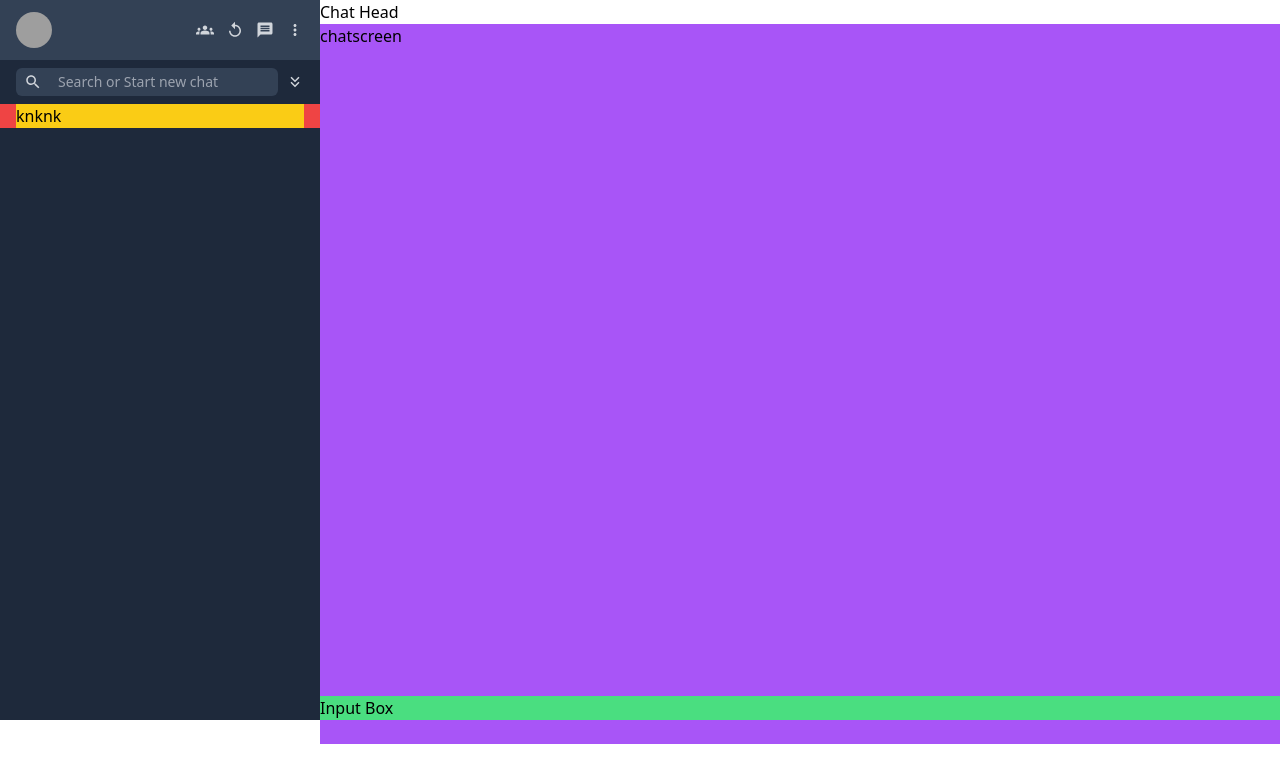
Repository: theanmol-raj/whatsapp
Page: /
An editor plug-in stored every save of this project. The page is shown before and after the next save, followed by the edit.
The browser window is 1280 px wide. The pictures show the whole page.
Pictures or frames that could not be fetched are drawn as grey boxes. The project was rebuilt for these pictures with package versions that can differ from the ones it lists, and the page was loaded fresh each time.

Above is the page before, as saved 2022-12-03 22:00:39.

After the next save:
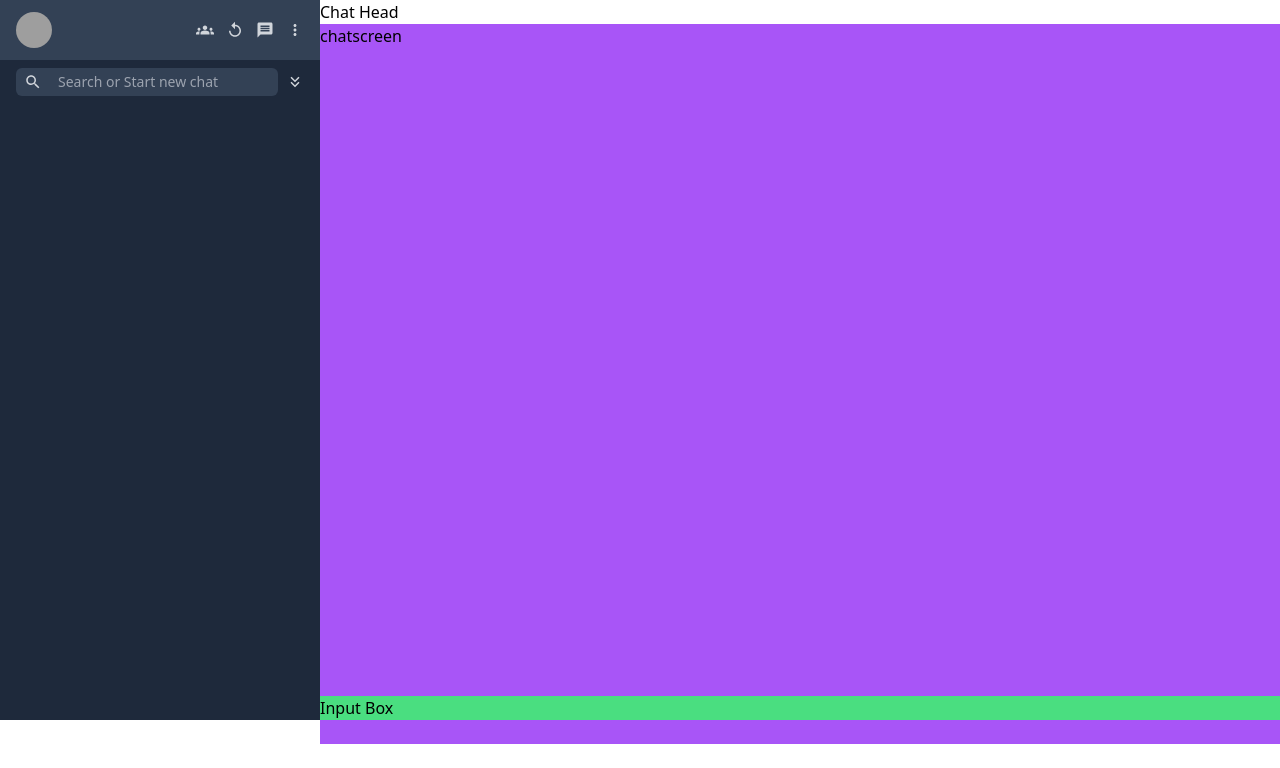
Saved 2 min 32 s later.
--- a/src/Components/ContactCard.jsx
+++ b/src/Components/ContactCard.jsx
@@ -4,7 +4,18 @@
   return (
     <div className=' bg-red-500'>
         <div className=' bg-yellow-400 mx-4'>
-    knknk
+            <div>
+                <div>
+
+                </div>
+                <div>
+
+
+                </div>
+            </div>
+            <div>
+
+            </div>
         </div>
     </div>
   )

After the save that followed:
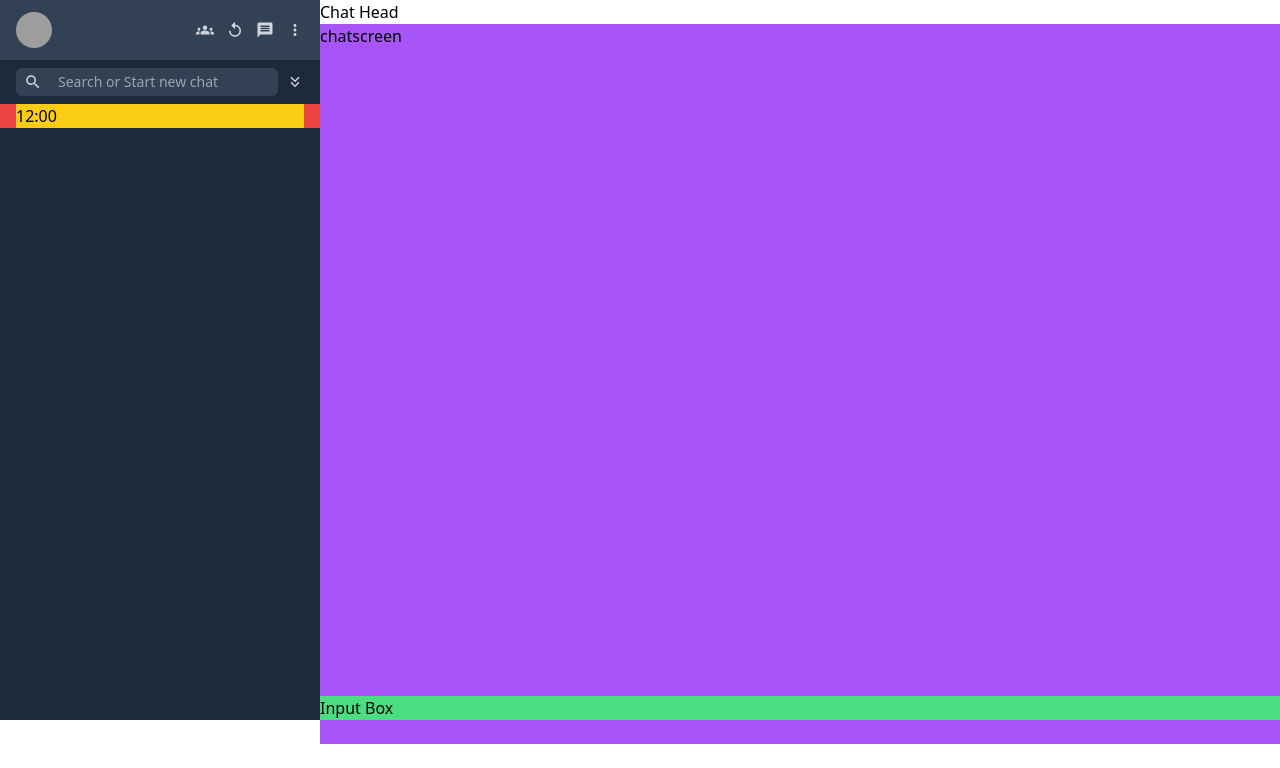
Saved 14 s later.
--- a/src/Components/ContactCard.jsx
+++ b/src/Components/ContactCard.jsx
@@ -14,7 +14,7 @@
                 </div>
             </div>
             <div>
-
+                <p>12:00</p>
             </div>
         </div>
     </div>
